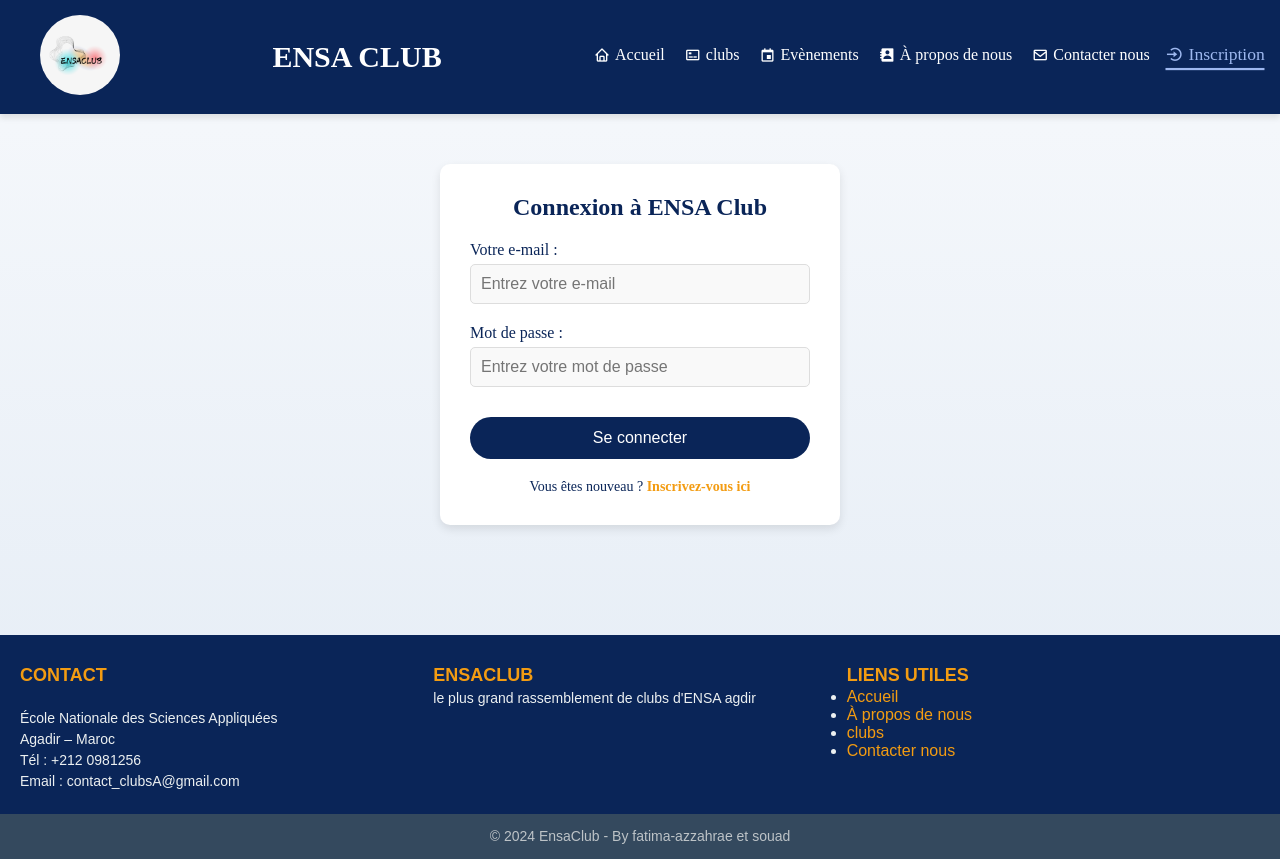
Repository: fati-smart/ENSAclub
Page: login.html
The author's editor kept a copy of each file at every save. The page is drawn from the files as they stood at one save, then again after the next save.
The browser window is 1280 px wide. The pictures show the whole page.

Above is the page before, as saved 2024-12-02 17:10:59.

### login.html
<!DOCTYPE html>
<html>

<head>
    <meta charset="UTF-8">
    <meta name="viewport" content="width=device-width, initial-scale=1.0">
    <link href='https://unpkg.com/boxicons@2.1.4/css/boxicons.min.css' rel="stylesheet" />
    <link rel="stylesheet" href="style.css">
    <title>login</title>
</head>

<body>
    <header class="header">
        <div><img src="logo.png" alt="logo"></div>
        <div class="titre"><a href="index.html"><p>ENSA CLUB</p></a></div>
        <nav>

          <ul>
            <li><a href="index.html">
              <i class='bx bx-home'></i></i>Accueil</a></li>
              <li><a href="club.html">
                <i class='bx bx-credit-card-front'></i>clubs</a></li>
              <li><a href="evenement.html">
                <i class='bx bx-calendar-event' ></i>Evènements</a></li>
              <li><a href="propos.html">
                <i class='bx bxs-contact'></i>À propos de nous</a></li>
              <li><a href="Contact.html">
                <i class='bx bx-envelope'></i>Contacter nous</a></li>
              <li><a href="inscrip.html" class="active">
                <i class='bx bx-log-in-circle'></i>Inscription</a></li>
          </ul>


        </nav>
    </header>


    <section class="connexion">
      <div class="logFormulaire">
        <h1 class="titre-logFormulaire">Connexion à ENSA Club</h1>
        <form action="profil.html">
          <div class="form-group">
            <label for="email">Votre e-mail :</label>
            <input type="email" name="email" id="email" placeholder="Entrez votre e-mail" required />
          </div>
          <div class="form-group">
            <label for="password">Mot de passe :</label>
            <input type="password" name="password" id="password" placeholder="Entrez votre mot de passe" required />
          </div>
          <button type="submit" class="btn-submit">Se connecter</button>
        </form>
        <p class="lien-nouveau">
          Vous êtes nouveau ? <a href="inscrip.html">Inscrivez-vous ici</a>
        </p>
      </div>
    </section>



    <footer class="footer">
        <div class="footer-container">
            <div class="footer-content">
              <ul>
                <h3>CONTACT</h3><br />
                <p>École Nationale des Sciences Appliquées<br /> Agadir – Maroc<br />
                Tél : +212 0981256<br />
                Email : contact_clubsA@gmail.com<br />
              </p>
              </ul>
            </div>
            <div class="footer-section-info">
              <ul>
                <h3>EnsaClub</h3>
              <p> le plus grand rassemblement de clubs d'ENSA agdir </p>
              </ul>
            </div>
            <div class="footer-content">
                <h3>Liens utiles</h3>
                 <ul class="list">
                    <li><a href="index.html">Accueil</a></li>
                    <li><a href="propos.html">À propos de nous</a></li>
                    <li><a href="club.html">clubs</a></li>
                    <li><a href="Contact.html">Contacter nous</a></li>
                 </ul>
            </div>
        </div>
        <div class="footer-bottom">
          <p>© 2024 EnsaClub - By fatima-azzahrae et souad</p>
        </div>
    </footer>
</body>

</html>

### style.css
* {
    margin: 0;
    padding: 0;
    box-sizing: border-box;
  }

body {
    font-family: cursive;
    background-color: #f5f6fa;
    overflow-x: hidden;
    background: linear-gradient(to bottom, #f7f9fc, #e4ecf5);
}

/*******************************************HEADER************************************************/
.header {
    background-color: #0A2558;
    color: white;
    display: flex;
    align-items: center;
    justify-content: space-between;
    padding: 15px 20px;
    box-shadow: 0 4px 6px rgba(0, 0, 0, 0.1);
  }

  .header img {
    margin-left: 20px;
    width: 80px;
    height: 80px;
    border-radius: 50%;
  }

  .header .titre a {
    text-decoration: none;
    color: white;
    font-size: 26px;
    font-weight: bold;
  }

  nav ul {
    list-style: none;
    display: flex;
    gap: 20px;
  }

  nav ul li a {
    color: white;
    text-decoration: none;
    font-size: 16px;
    display: flex;
    align-items: center;
    gap: 5px;
    transition: color 0.3s ease-in-out;
  }
  .header .titre p{
    font-size: 30px;
    font-weight: bold;
    color: #ffffff;
    margin: 0;
}

  nav ul li a:hover {
    color: #9eb8ef;
  }

  nav ul li a.active {
    border-bottom: 2px solid #9eb8ef;
    padding-bottom: 3px;
    color: #9eb8ef;
    transform: scale(1.1);

  }
/*************************************section CLUB***********************************************/
.club{
    margin-top: 50px;
    display: flex;
    align-items: center;
    justify-content: center;
    flex-wrap: wrap;
}

.club .carteClub{
    width: 350px;
    height: 420px;
    background-color: #e9ebed;
    border-radius: 12px;
    margin-left: 30px;
    margin-right: 30px;
    box-shadow: 0 4px 6px rgba(0, 0, 0, 0.1);
    position: relative;
}

.club .carteClub .imageClub {
    width: 100%;
    height: 45%;
    margin-left: 15px;
    margin-right: 15px;
    align-items: center;
}

.club .carteClub .imageClub img{
    width: 90%;
    height: 90%;
    margin-top: 10px;
    border-radius: 12px;
}

.club .carteClub .text{
    width: 90%;
    height: 90%;
    margin-left: 10px;
    text-align: center;
}

.club .carteClub .text p{
    text-align: left;
}

.club .carteClub .text strong{
    font-size: 25px;
    font-family: 'Franklin Gothic Medium', 'Arial Narrow', Arial, sans-serif;
    color: #0A2558;
}

.club .carteClub .text .jointure{
    color: #143c85d7;
}

.carteClub button {
    position: absolute;
    bottom: 10px;
    right: 15px;
    padding: 10px 20px;
    background-color: #ff1100;
    color: #fff;
    border: none;
    border-radius: 5px;
    cursor: pointer;
    width: 90px;
}

.carteClub button:hover {
    background-color: #d91103e0;
    transform: scale(1.1);

}

/****************************************section EVENMENT****************************************/
.event {
    display: flex;
    flex-wrap: wrap;
    justify-content: center;
    padding: 20px;
    margin-top: 30px;
    align-items: center;
    border-radius: 12px;
    gap:  40px 15px;
    max-width: 1400px;

}

.carteEvent {
    width: 340px;
    display: flex;
    flex-direction: column;
    height: 200px;
    background: #fff;
    border-radius: 10px;
    box-shadow: 0 4px 8px rgba(0, 0, 0, 0.1);
    overflow: hidden;
    transition: height 0.3s ease, box-shadow 0.3s ease;
    padding: 10px;
    position: relative;
    text-align: center;
    margin-left: 20px;
    margin-right: 20px;
    margin-top: 20px;
    margin-bottom: 20px;

}

.carteEvent:hover {
    box-shadow: 0 6px 12px rgba(0, 0, 0, 0.15);
}

.carteEvent .titreC {
    margin-bottom: 7px;
    margin-top: 7px;
}

.carteEvent .titreC strong{
    font-size: 19.2px;
    font-weight: bold;
    color: #007bff;
}

.carteEvent .titre {
    margin-bottom: 7px;
}

.carteEvent strong{
    color: #ff1100;
}

.carteEvent .dets {
    text-align: left;
}

.carteEvent .dets strong{
    color: #000000;
}

.carteEvent .dets a{
    text-decoration: none;
    color:#09b32d ;
}

.carteEvent .dets a:hover{
    color:#00ff37 ;
    font-size: 16px;
}
/****************************************INSCRIPTION**********************************************/
.inscription {
    background: linear-gradient(to bottom, #f7f9fc, #e4ecf5);
    padding: 50px 20px;
    display: flex;
    justify-content: center;
    align-items: center;
  }

  .formulaire {
    background: #ffffff;
    border-radius: 10px;
    box-shadow: 0px 4px 10px rgba(0, 0, 0, 0.1);
    padding: 30px;
    max-width: 500px;
    width: 100%;
    animation: fadeIn 1s ease-in-out;
  }

  .titre-formulaire {
    font-size: 24px;
    font-weight: bold;
    text-align: center;
    color: #0A2558;
    margin-bottom: 20px;
  }

  .form-group {
    margin-bottom: 20px;
  }

  .form-group label {
    font-size: 16px;
    color: #0A2558;
    display: block;
    margin-bottom: 5px;
  }

  .form-group input {
    width: 100%;
    padding: 10px;
    font-size: 16px;
    border: 1px solid #ddd;
    border-radius: 5px;
    outline: none;
    transition: border-color 0.3s;
  }

  .form-group input:focus {
    border-color: #f39c12;
  }

  .btn-submit {
    background-color: #0A2558;
    color: #ffffff;
    padding: 12px 20px;
    font-size: 16px;
    border: none;
    border-radius: 25px;
    cursor: pointer;
    width: 100%;
    margin-top: 10px;
    transition: background-color 0.3s, transform 0.3s;
  }

  .btn-submit:hover {
    background-color: #072042;
    transform: translateY(-3px);
  }

  .lien-membre {
    text-align: center;
    margin-top: 20px;
    font-size: 14px;
    color: #0A2558;
  }

  .lien-membre a {
    color: #f39c12;
    text-decoration: none;
    font-weight: bold;
  }

  .lien-membre a:hover {
    text-decoration: underline;
  }

  @keyframes fadeIn {
    from {
      opacity: 0;
      transform: translateY(20px);
    }
    to {
      opacity: 1;
      transform: translateY(0);
    }
  }

  @media (max-width: 768px) {
    .formulaire {
      padding: 20px;
    }

    .btn-submit {
      font-size: 14px;
    }
  }


/**********************************************login***********************************************/
.connexion {
    padding: 50px 20px;
    display: flex;
    justify-content: center;
    align-items: center;
  }

  .logFormulaire {
    background: #ffffff;
    border-radius: 10px;
    box-shadow: 0px 4px 10px rgba(0, 0, 0, 0.1);
    padding: 30px;
    max-width: 400px;
    width: 100%;
    animation: fadeIn 1s ease-in-out;
  }

  .titre-logFormulaire {
    font-size: 24px;
    font-weight: bold;
    text-align: center;
    color: #0A2558;
    margin-bottom: 20px;
  }

  .form-group {
    margin-bottom: 20px;
  }

  .form-group label {
    font-size: 16px;
    color: #0A2558;
    display: block;
    margin-bottom: 5px;
  }

  .form-group input {
    width: 100%;
    padding: 10px;
    font-size: 16px;
    border: 1px solid #ddd;
    border-radius: 5px;
    outline: none;
    transition: border-color 0.3s;
  }

  .form-group input:focus {
    border-color: #f39c12;
  }

  .btn-submit {
    background-color: #0A2558;
    color: #ffffff;
    padding: 12px 20px;
    font-size: 16px;
    border: none;
    border-radius: 25px;
    cursor: pointer;
    width: 100%;
    margin-top: 10px;
    transition: background-color 0.3s, transform 0.3s;
  }

  .btn-submit:hover {
    background-color: #072042;
    transform: translateY(-3px);
  }

  .lien-nouveau {
    text-align: center;
    margin-top: 20px;
    font-size: 14px;
    color: #0A2558;
  }

  .lien-nouveau a {
    color: #f39c12;
    text-decoration: none;
    font-weight: bold;
  }

  .lien-nouveau a:hover {
    text-decoration: underline;
  }

  @keyframes fadeIn {
    from {
      opacity: 0;
      transform: translateY(20px);
    }
    to {
      opacity: 1;
      transform: translateY(0);
    }
  }

  @media (max-width: 768px) {
    .logFormulaire {
      padding: 20px;
    }

    .btn-submit {
      font-size: 14px;
    }
  }

/*********************************************PROFIL**********************************************/
.profil {
    max-width: 800px;
    margin: 50px auto;
    padding: 20px;
    background: #fff;
    box-shadow: 0 4px 8px rgba(0, 0, 0, 0.276);
    border-radius: 10px;
}

.section-title {
    font-size: 28px;
    color: #2c3e50;
    text-align: center;
    margin-bottom: 20px;
}

.form-title {
    font-size: 20px;
    color: #34495e;
    margin-bottom: 15px;
}

.form-subtitle {
    font-size: 18px;
    color: #7f8c8d;
    margin-bottom: 10px;
}

.profile-section {
    display: flex;
    align-items: center;
    gap: 20px;
    margin-bottom: 30px;
    border-bottom: 1px solid #ddd;
    padding-bottom: 20px;
}

.profile-picture img {
    width: 120px;
    height: 120px;
    border-radius: 50%;
    object-fit: cover;
    border: 3px solid #db343442;
}

.profile-info .profile-name {
    font-size: 18px;
    font-weight: bold;
    color: #34495e;
}

.profile-info .profile-email {
    font-size: 14px;
    color: #555;
}

.forms-profil {
    display: flex;
    flex-wrap: wrap;
    gap: 30px;
}

.account-info,
.security-settings {
    flex: 1;
    min-width: 300px;
}

.form-group {
    margin-bottom: 15px;
}

.form-group label {
    display: block;
    font-size: 14px;
    color: #555;
    margin-bottom: 5px;
}

.form-group input {
    width: 100%;
    padding: 10px;
    border: 1px solid #ddd;
    border-radius: 5px;
    font-size: 14px;
    background-color: #f9f9f9;
}

.form-group input:focus {
    outline: none;
    border-color: #3498db;
    box-shadow: 0 0 5px rgba(52, 152, 219, 0.5);
}

.save-button {
    background-color: #3498db;
    color: #fff;
    padding: 10px 20px;
    border: none;
    border-radius: 5px;
    cursor: pointer;
    font-size: 14px;
    display: inline-block;
}

.save-button:hover {
    background-color: #2980b9;
}

.clubs-section .club-name {
    font-size: 16px;
    color: #2c3e50;
    margin-left: 10px;
}

.clubs-table {
    width: 100%;
    border-collapse: collapse;
    margin-top: 20px;
}

th, td {
    border: 1px solid #ddd;
    padding: 8px;
    text-align: center;
}

th {
    background-color: #f4f4f4;
    font-weight: bold;
}

.delete-btn {
    background-color: #e74c3c;
    color: white;
    border: none;
    padding: 5px 10px;
    cursor: pointer;
    border-radius: 3px;
}

.delete-btn:hover {
    background-color: #c0392b;
}
i.bx.bx-chevrons-left {
    margin-top: 20px;
    margin-left: 20px;
    font-size: 80px;
    color: #0742b1;
    transition: color 0.3s, transform 0.3s;
}

i.bx.bx-chevrons-left:hover {
    color: #2980b9;
    transform: translateX(-5px);
}



  /********************************a propos de nous************************************************/
.propos {
    background: linear-gradient(to bottom, #f7f9fc, #e4ecf5);
    padding: 50px 20px;
    color: #0A2558;
  }

  .propos-container {
    max-width: 800px;
    margin: 0 auto;
    text-align: center;
    animation: fadeIn 1s ease-in-out;
  }

  .propos-title {
    font-size: 36px;
    font-weight: bold;
    margin-bottom: 20px;
    color: #0A2558;
  }

  .propos-title span {
    color: #f39c12;
  }

  .propos-intro, .propos-objective, .propos-message, .propos-mission, .propos-footer {
    font-size: 18px;
    line-height: 1.6;
    margin-bottom: 20px;
  }

  .propos-list {
    list-style: none;
    padding: 0;
    margin: 20px 0;
    display: flex;
    justify-content: space-around;
    flex-wrap: wrap;
    gap: 10px;
  }

  .propos-list li {
    background: #f39c12;
    color: white;
    padding: 10px 20px;
    border-radius: 20px;
    font-size: 16px;
  }

  .propos-call-to-action {
    font-size: 18px;
    margin: 30px 0;
  }

  .propos-link {
    color: #f39c12;
    font-weight: bold;
    text-decoration: none;
  }

  .propos-link:hover {
    text-decoration: underline;
  }

  @keyframes fadeIn {
    from {
      opacity: 0;
      transform: translateY(20px);
    }
    to {
      opacity: 1;
      transform: translateY(0);
    }
  }

/********************************************FOOTER*************************************************/
.footer{
    height: 180px;
    background-color: #0A2558;
    margin-top: 60px;
    color: #ecf0f1;
    padding: 10px 0;
    font-family: Arial, sans-serif;
    text-align: center;
}

.footer-container {
    display: flex;
    justify-content: space-around;
    align-items: flex-start;
    flex-wrap: wrap;
    padding: 20px;
}

.footer-content, .footer-section-info {
    flex: 1;
    min-width: 300px;
    text-align: left;
}

.footer h3 {
    font-size: 18px;
    font-weight: bold;
    text-transform: uppercase;
    margin-bottom: 2px;
    color: #f39c12;
}

.footer p {
    font-size: 14px;
    line-height: 1.5;
    margin: 2px 0;
}

.footer a {
    color: #f39c12;
    text-decoration: none;
}

.footer a:hover {
    text-decoration: underline;
}

.footer-bottom {
    background-color: #34495e;
    color: #bdc3c7;
    padding: 10px;
    font-size: 12px;
}

/*****************************************CONTACT***************************************************/
.contact {
    background: linear-gradient(to bottom, #f5f7fa, #e4ecf5);
    padding: 40px 20px;
    text-align: center;
  }

  .contact-fieldset {
    border: 2px solid #0A2558;
    border-radius: 10px;
    padding: 30px;
    max-width: 600px;
    margin: 0 auto;
    box-shadow: 0px 4px 10px rgba(0, 0, 0, 0.1);
    background: #ffffff;
  }

  .contact-legend {
    font-size: 24px;
    font-weight: bold;
    color: #0A2558;
    padding: 0 10px;
    background: #f39c12;
    color: #ffffff;
    border-radius: 5px;
  }

  .form-group {
    margin-bottom: 20px;
    text-align: left;
  }

  .form-group label {
    font-size: 16px;
    color: #0A2558;
    display: block;
    margin-bottom: 5px;
  }

  .form-group input,
  .form-group textarea {
    width: 100%;
    padding: 10px;
    font-size: 16px;
    border: 1px solid #ddd;
    border-radius: 5px;
    outline: none;
    transition: border-color 0.3s;
  }

  .form-group input:focus,
  .form-group textarea:focus {
    border-color: #f39c12;
  }

  .btn-submit {
    background-color: #0A2558;
    color: #ffffff;
    padding: 12px 25px;
    font-size: 16px;
    border: none;
    border-radius: 25px;
    cursor: pointer;
    transition: background-color 0.3s, transform 0.3s;
  }

  .btn-submit:hover {
    background-color: #072042;
    transform: translateY(-3px);
  }

  @media (max-width: 768px) {
    .contact-fieldset {
      padding: 20px;
    }

    .btn-submit {
      width: 100%;
    }
  }

After the next save:
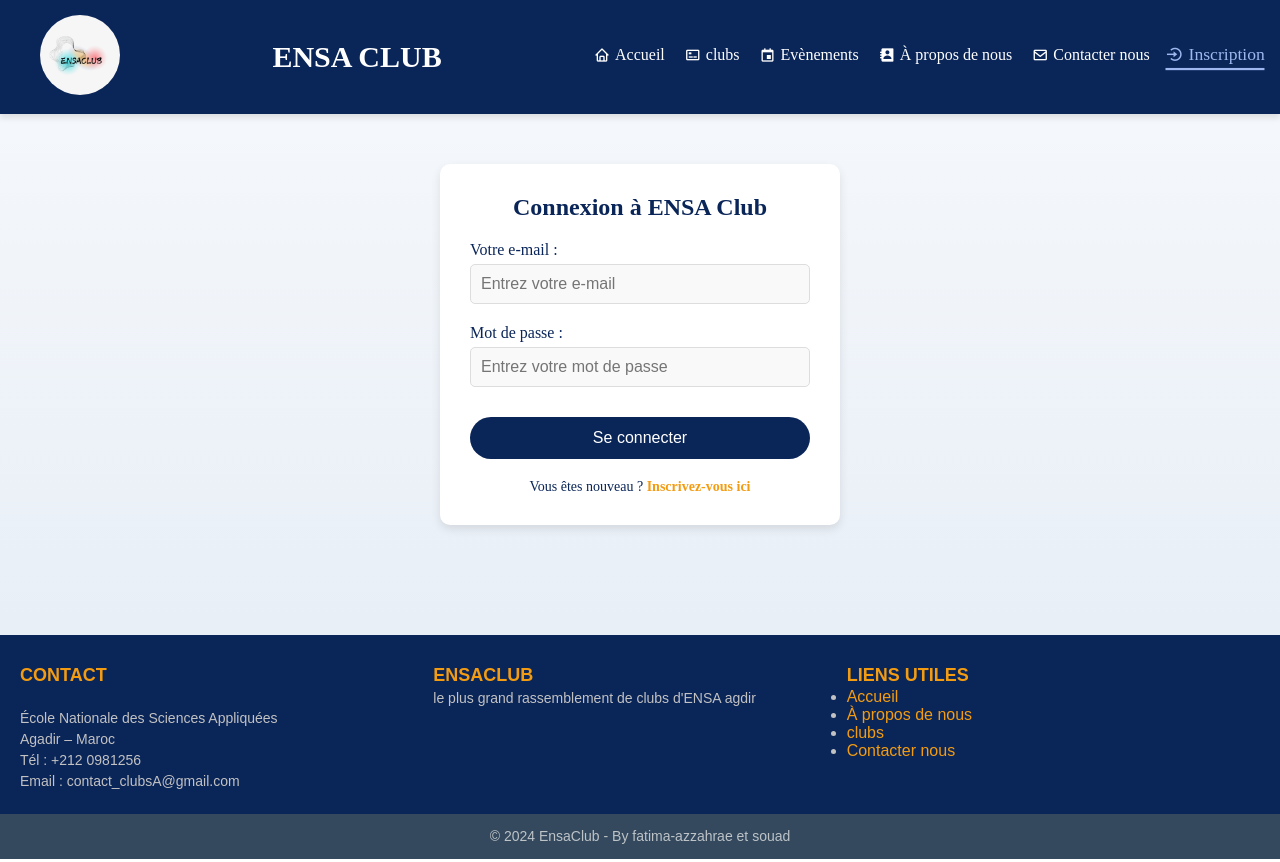
Saved 46 s later.
--- a/style.css
+++ b/style.css
@@ -692,6 +692,7 @@ i.bx.bx-chevrons-left:hover {
     flex: 1;
     min-width: 300px;
     text-align: left;
+    color: #c2c2c2;
 }
 
 .footer h3 {
